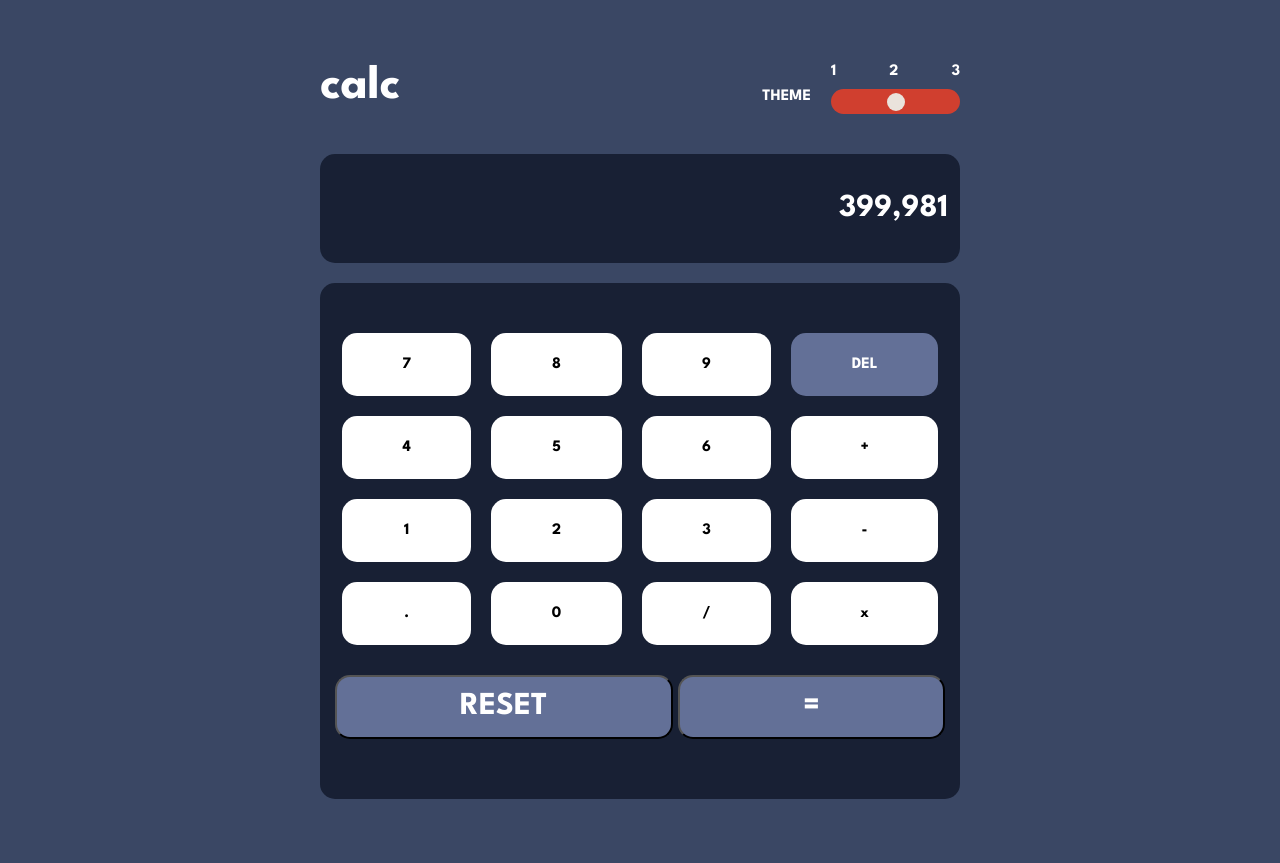
Repository: DevLaukey/calc-with-css-js
Page: index.html
These files come from the project's save history. The page is drawn as it stood at one moment and after the next save; the edit follows.
The browser window is 1280 px wide. The pictures show the whole page.

Above is the page before, as saved 2022-05-18 15:27:47.
Console error: TypeError: Cannot read properties of null (reading 'addEventListener')

After the next save:
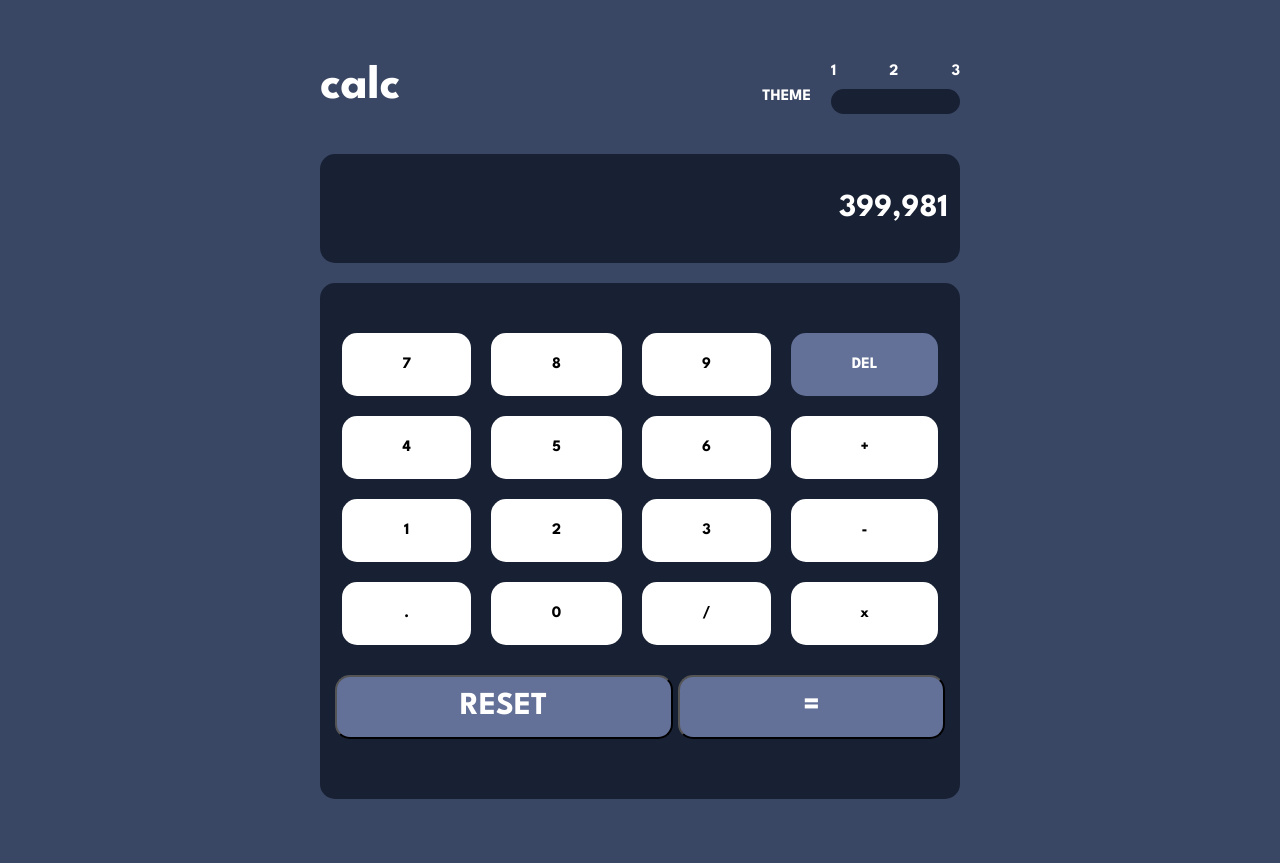
Saved 12 s later.
--- a/styles.css
+++ b/styles.css
@@ -57,7 +57,7 @@ body {
     height: 25px;
     border-radius: 15px;
     margin-bottom: 15px;
-  background: hsl(6, 63%, 50%);
+  background: hsl(224, 36%, 15%);
 }
 
 .slider::-webkit-slider-thumb {
@@ -65,7 +65,7 @@ body {
     width: 18px;
     height: 18px;
     border-radius: 10px;
-    background-color:hsl(30, 25%, 89%)      ;
+    background-colorhsl(6, 63%, 50%);
     overflow: visible;
     cursor: pointer;
     transition: all 1s ease;
